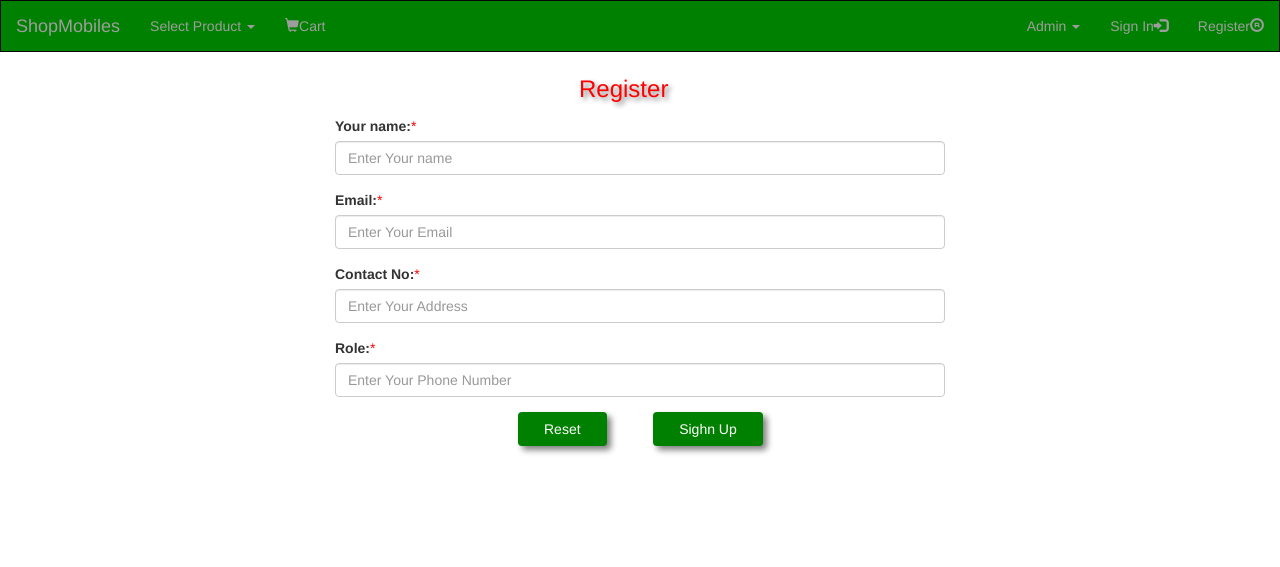
Repository: KoustabhBiswas/Final-Ecommerce-Project
Page: http://localhost/ecommerce1/WEB-INF/views/register.jsp
These files come from the project's save history. The page is drawn as it stood at one moment and after the next save; the edit follows.
The browser window is 1280 px wide. The pictures show the whole page.
Some web libraries are served in a nearby version. The page is served by Tomcat 9. Nobody is signed in. Other server files are loaded and not shown. The template is opened directly, without the code that normally fills it, so the values that code supplies are empty.

Above is the page before, as saved 2017-09-07 08:31:07.

### Final Ecommerce Project/Ecommerce_Project-master/project/ecommerce1/src/main/webapp/WEB-INF/views/register.jsp
<%@ page language="java" contentType="text/html; charset=ISO-8859-1"
    pageEncoding="ISO-8859-1"%>
    <%@ taglib uri="http://www.springframework.org/tags/form" prefix="form" %>
<!DOCTYPE html PUBLIC "-//W3C//DTD HTML 4.01 Transitional//EN" "http://www.w3.org/TR/html4/loose.dtd">
<html>
<head>
<meta http-equiv="Content-Type" content="text/html; charset=ISO-8859-1">
<title>Insert title here</title>
<link rel="stylesheet"
	href="https://cdnjs.cloudflare.com/ajax/libs/font-awesome/4.7.0/css/font-awesome.min.css">

<link rel="stylesheet"
	href="https://maxcdn.bootstrapcdn.com/bootstrap/3.3.7/css/bootstrap.min.css">
<script
	src="https://ajax.googleapis.com/ajax/libs/jquery/3.2.1/jquery.min.js"></script>
<script
	src="https://maxcdn.bootstrapcdn.com/bootstrap/3.3.7/js/bootstrap.min.js"></script>
<style>
.btn{
	box-shadow:4px 4px 6px grey;
	margin-right: 10%;
	padding-right: 25px;
	padding-left: 25px;
	background-color: green;
	color: white;
}
.btn:hover{
	box-shadow:2px 2px 4px grey;
	background-color: blue;
}
</style>
</head>
<body>
<div class="container-fluid">
	<%@ include file="shared/navbar.jsp" %>
	<div class="row" >

  		<div class="col-md-6" style="margin-left: 25%; ">
  				<div><p style="color: red; margin-left: 40%; font-size: 24px; text-shadow: 3px 3px 5px grey; ">Register</p></div>

  			<form:form action="userSubmit" modelAttribute="registration" method="post" class="form-group">
  				<div class="form-group">
  				<form:input type="hidden" path="userId" />
  					<form:label path="userName">Your name:</form:label><span style="color: red">*</span>
  					<form:input type="text" name="uname" path="userName" class="form-control" placeholder="Enter Your name" />
  				</div>

  				<div class="form-group">
  					<form:label path="emailId">Email:</form:label><span style="color: red">*</span>
  					<form:input type="text" path="emailId" class="form-control" placeholder="Enter Your Email" />
  				</div>

  				<div class="form-group">
  					<form:label path="contactNo">Contact No:</form:label><span style="color: red">*</span>
  					<form:input type="text" path="contactNo" class="form-control" placeholder="Enter Your Address" />
  				</div>

  				<div class="form-group">
  					<form:label path="role">Role:</form:label><span style="color: red">*</span>
  					<form:input type="text" path="role" class="form-control" placeholder="Enter Your Phone Number" />
  				</div>



  				<div style="margin-left: 30% ">
  					<input type="reset" value="Reset" class="btn" style="">

  					<input type="submit" value="Sighn Up" class="btn" style="  padding-right: 25px; padding-left: 25px;">
  				</div>

  			</form:form>

  		</div>

  	</div>
  	</div>
</body>
</html>

### Final Ecommerce Project/Ecommerce_Project-master/project/ecommerce1/src/main/webapp/WEB-INF/views/shared/navbar.jsp
<style>
nav {
	background-color: #1b6d85;
}
</style>

<div class="row" style="border-bottom-style: none;  ">
	<nav class="navbar navbar-inverse" style="background-color: green; border-radius:0px; color:white;">
		<div class="container-fluid">
			<div class="navbar-header">
				<a class="navbar-brand" href="home">ShopMobiles</a>
			</div>
			<ul class="nav navbar-nav">

				<li class="dropdown"><a class="dropdown-toggle"
					data-toggle="dropdown" href="#">Select Product <span
						class="caret"></span></a>
					<ul class="dropdown-menu">
						<li><a href="samsung">Samsung</a></li>
						<li><a href="#">Nokia</a></li>
						<li><a href="#">HTC</a></li>
					</ul></li>
				<li><a href="#"><span
						class="glyphicon glyphicon-shopping-cart"></span>Cart</a></li>

			</ul>
			<ul class="nav navbar-nav navbar-right">
				<li class="dropdown"><a class="dropdown-toggle"
					data-toggle="dropdown" href="#">Admin <span
						class="caret"></span></a>
					<ul class="dropdown-menu">
						<li><a href="admin/product">Product</a></li>
						<li><a href="admin/supplier">Supplier</a></li>

					</ul></li>
				<li><a href="login">Sign In<span
						class="glyphicon glyphicon-log-in"></span></a></li>
				<li><a href="registration.html">Register<span
						class="glyphicon glyphicon-registration-mark"></span></a></li>
			</ul>
		</div>
	</nav>
</div>

After the next save:
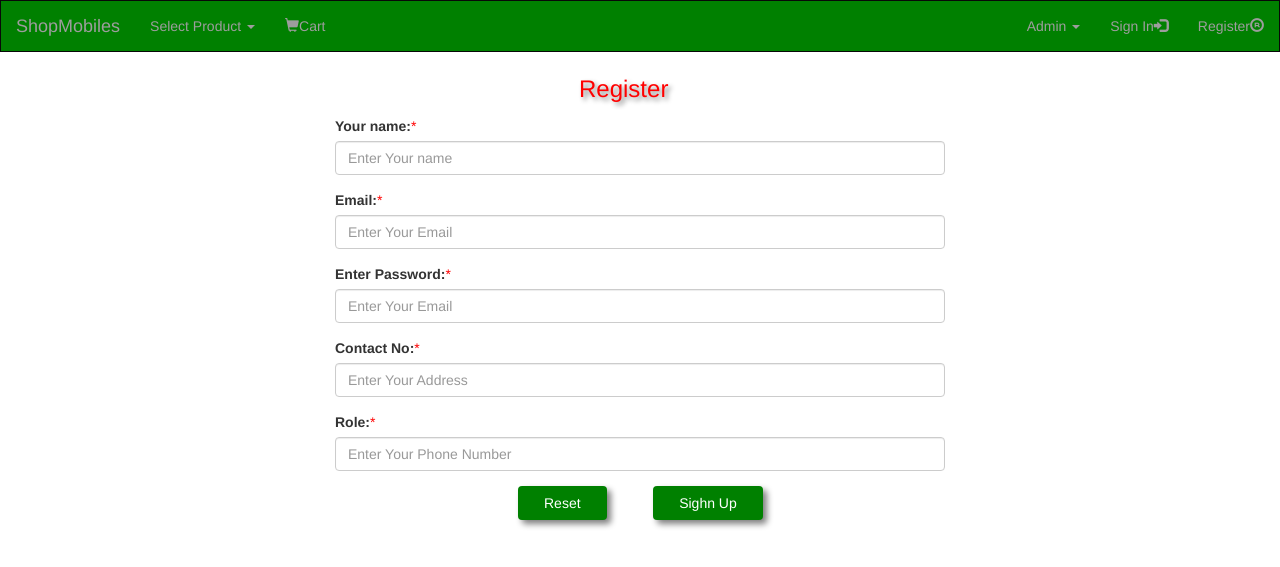
Saved 4 min 51 s later.
--- a/Final Ecommerce Project/Ecommerce_Project-master/project/ecommerce1/src/main/webapp/WEB-INF/views/register.jsp
+++ b/Final Ecommerce Project/Ecommerce_Project-master/project/ecommerce1/src/main/webapp/WEB-INF/views/register.jsp
@@ -49,6 +49,10 @@
   					<form:label path="emailId">Email:</form:label><span style="color: red">*</span>
   					<form:input type="text" path="emailId" class="form-control" placeholder="Enter Your Email" />
   				</div>
+				<div class="form-group">
+  					<form:label path="password">Enter Password:</form:label><span style="color: red">*</span>
+  					<form:input type="text" path="password" class="form-control" placeholder="Enter Your Email" />
+  				</div>
 
   				<div class="form-group">
   					<form:label path="contactNo">Contact No:</form:label><span style="color: red">*</span>
